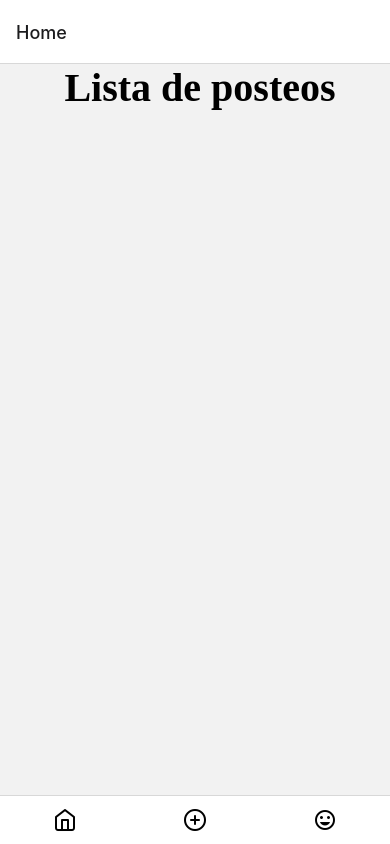
Repository: larafernandezo/finalprog3
Screen: /Menu
The author's editor kept a copy of each file at every save. The screen is drawn from the files as they stood at one save, then again after the next save.
The page's requests for data from a server got no answer. The app was drawn by React Native's web renderer in a window 390 px wide. The project was rebuilt for these pictures with package versions that can differ from the ones it lists, and the page was loaded fresh each time. No one was signed in, and anything a server would have sent is missing. Also part of the build but not shown: src/components/Camera.js, src/screens/Registro.js, src/components/Post.js, src/screens/MiPerfil.js, src/screens/NuevoPost.js, src/screens/Perfil.js.

Above is the screen before, as saved 2022-11-22 11:32:12.

### App.js
import { StyleSheet, View } from 'react-native';
import { NavigationContainer } from '@react-navigation/native';
import { createNativeStackNavigator } from '@react-navigation/native-stack';
import Registro from './src/screens/Registro';
import Login from './src/screens/Login';
import Home from './src/screens/Home';
import Menu from './src/components/Menu';
import Perfil from './src/screens/Perfil';


const Stack = createNativeStackNavigator();


function App() {
  return (
    <NavigationContainer>
      <Stack.Navigator>
        <Stack.Screen name='Login' component={Login} options= {{ headerShown : false}}/>
        <Stack.Screen name='Registro' component={Registro} options= {{ headerShown : false}}/>
        <Stack.Screen name='Home' component={Home} options= {{ headerShown : false}}/>
        <Stack.Screen name='Menu' component={Menu} options= {{ headerShown : false}}/>
      </Stack.Navigator>
    </NavigationContainer>
  );
};

export default App;

### src/screens/Login.js
import React, {Component} from 'react';
import {auth} from '../firebase/config';
import {View, Text, StyleSheet, TextInput, TouchableOpacity, Image} from 'react-native';

class Login extends Component {
    constructor(){
        super()
        this.state = {
            email: "",
            contraseña: "",
            error: ""
        }
    }

    componentDidMount(){
        auth.onAuthStateChanged(usuario => {
            if (usuario){
                this.props.navigation.navigate ("Menu")
            }
        })
    }

    iniciarUsuario(email, contraseña){
        auth.signInWithEmailAndPassword(email, contraseña)
            .then( res => {
                this.props.navigation.navigate("Menu")
            })
            .catch(error =>
                this.setState({
                error: error.message
            })
            )
    }

    render(){
        return(
            <View style={styles.fondo}>

            <Text style={styles.error}>{this.state.error}</Text>


                <Text style={styles.titulo}>Iniciar Sesión</Text>

                <View style={styles.caja}>
                <Text style={styles.error}>{this.state.error}</Text>
                    <TextInput
                        placeholder= 'Cuenta de Email'
                        keyboardType= 'email-address'
                        onChangeText={ texto => this.setState({email : texto})}
                        value = {this.state.email}
                        style={styles.fillin}
                    />
                    <TextInput
                        placeholder= 'Contraseña'
                        keyboardType= 'default'
                        secureTextEntry = {true}
                        onChangeText={ texto => this.setState({contraseña : texto})}
                        value = {this.state.contraseña}
                        style={styles.fillin}
                    />


{
                this.state.email =="" || this.state.contraseña =="" ?
                    <TouchableOpacity>
                        <Text style={styles.alerta}>Ingresar</Text>
                    </TouchableOpacity>
                :
                    <TouchableOpacity onPress={ () => this.iniciarUsuario (this.state.email, this.state.contraseña)} >
                        <Text style={styles.cont}>Ingresar</Text>
                    </TouchableOpacity>

}

                    <Text onPress={ () => this.props.navigation.navigate ('Registro')} style={styles.switch}>¿No tenés cuenta? Registrate haciendo click aquí</Text>
                </View>
            </View>
        )
    }
}

const styles = StyleSheet.create({
    fondo: {
        alignItems: 'center',
        backgroundColor: 'rgb(234, 242, 248)',
    },
    titulo: {
        color: 'rgb(52, 152, 219)',
        fontFamily: 'avenir',
        fontSize: 26,
        margin: 60,
    },
    caja:{
        backgroundColor: 'rgb(215, 219, 221)',
        borderRadius: 6,
        padding: 20,

    },
    fillin: {
        backgroundColor: 'rgb(253, 254, 254)',
        color: 'rgb(179, 182, 183)',
        fontFamily: 'avenir',
        fontSize: 13,
        margin: 10,
        borderRadius: 6,
        textAlign: 'center',
        padding: 5,
        textAlign: 'left',
    },
    cont: {
        fontFamily: 'avenir',
        fontSize: 14,
        margin: 10,
        backgroundColor: 'rgb(234,252,255)',
        borderRadius: 10,
        textAlign: 'center',
        padding: 5,
    },
    alerta: {
        fontFamily: 'avenir',
        fontSize: 14,
        margin: 10,
        backgroundColor: 'rgb(52, 152, 219)',
        borderRadius: 10,
        textAlign: 'center',
        padding: 5,
        color: 'rgb(234,252,255)',
    },
    switch: {
        fontFamily: 'avenir',
        fontSize: 10,
        margin: 4,
        textAlign: 'center',
        color:'rgb(77, 86, 86)',
    },
    error: {
        fontFamily: 'avenir',
        fontSize: 19,
        margin: 20,
        color: 'rgb(203, 67, 53)'
    },
})



export default Login;

### src/screens/Home.js
import React, { Component } from 'react';
import { View, Text, FlatList,  StyleSheet, TextInput} from 'react-native';
import Post from '../components/Post';
import { db } from '../firebase/config'


class Posts extends Component {

    constructor(props) {
        super(props)
        this.state = {
            posteos: [],
        }
    }

    componentDidMount() {
        db.collection('posts').onSnapshot(
            docs => {
                let posts = [];
                docs.forEach(doc => {
                    posts.push({
                        id: doc.id,
                        data: doc.data()
                    })
                })
                this.setState({
                    posteos: posts,
                })
            })
    }

    render() {
        return (
          //prueba1 descomento para ver si funca
            <View style={styles.view}>
            <Text style={styles.title}> Lista de posteos</Text>
            <FlatList
                    data={this.state.posteos}
                    keyExtractor={ item => item.id.toString()}
                    renderItem={ ({item}) => <Post postData={item} navigation={this.props.navigation} id={item.id}/>}
            />
            </View>
        )
    }
}
const styles = StyleSheet.create({

   title:{
        fontSize: 40,
        fontWeight:'bold',
        textAlign:'center',
        fontFamily: 'raleway heavy',
        color: ''

    },
    view:{
        flex:1
    }
})

export default Posts;

### src/components/Menu.js
import { createBottomTabNavigator} from '@react-navigation/bottom-tabs';
import MiPerfil from '../screens/MiPerfil';
import NuevoPost from "../screens/NuevoPost"
import Home from '../screens/Home';
import { AntDesign, Ionicons } from '@expo/vector-icons';
import React, { Component } from 'react';
import { MaterialIcons } from '@expo/vector-icons';
import { Feather } from '@expo/vector-icons';

const Tab = createBottomTabNavigator();

function Menu () {
    return(
        <Tab.Navigator screenOptions = {{ tabBarShowLabel: false}}>
                <Tab.Screen name = "Home" component={ Home } options ={ { tabBarIcon: () => <Feather name="home" size={24} color="rgb (100,149,237)" /> } }  />
            <Tab.Screen name = "Postear" component={ NuevoPost }  options ={{ tabBarIcon: () => <Feather name="plus-circle" size={24} color="FF5733" /> }}/>
            <Tab.Screen name = "Perfil" component={ MiPerfil } options={{ tabBarIcon: () => <MaterialIcons name="tag-faces" size={24} color="SandyBrown" /> }}/>
        </Tab.Navigator>
    );
};

export default Menu;

### src/firebase/config.js
import app from 'firebase/app';
import firebase from 'firebase';

const firebaseConfig = {
    apiKey: "AIzaSyDPgkPZuV5RhBSI7u_oFMlRH3es895rxlU",
    authDomain: "finalprog3-bb705.firebaseapp.com",
    projectId: "finalprog3-bb705",
    storageBucket: "finalprog3-bb705.appspot.com",
    messagingSenderId: "894733539643",
    appId: "1:894733539643:web:6ef31fb78c2644aa783f1e"
  };

app.initializeApp(firebaseConfig);

export const auth = firebase.auth();
export const storage = app.storage();
export const db = app.firestore();

After the next save:
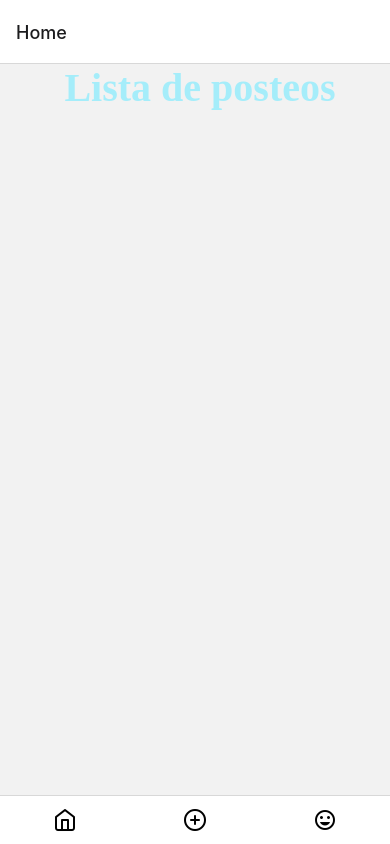
Saved 4 s later.
--- a/src/screens/Home.js
+++ b/src/screens/Home.js
@@ -50,7 +50,7 @@ const styles = StyleSheet.create({
         fontWeight:'bold',
         textAlign:'center',
         fontFamily: 'raleway heavy',
-        color: ''
+        color: '#a5edfa'
 
     },
     view:{
